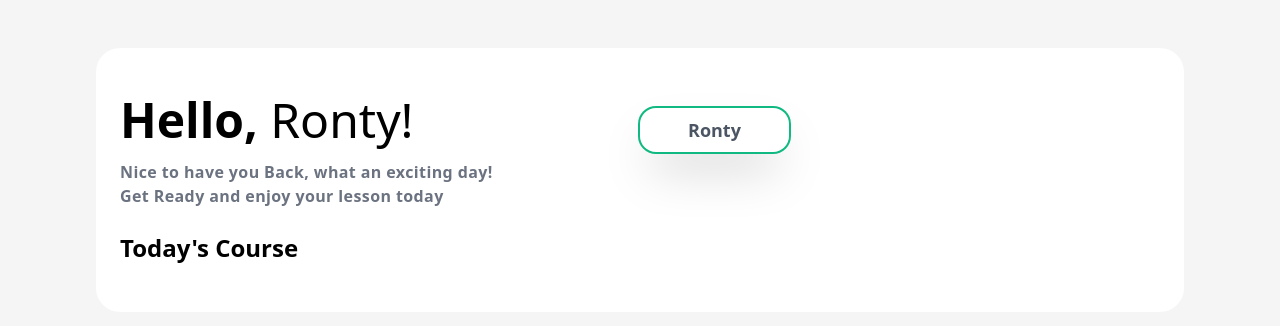
Repository: coolronts/Vite-Tailwind
Page: /
The author's editor kept a copy of each file at every save. The page is drawn from the files as they stood at one save, then again after the next save.
The browser window is 1280 px wide. The pictures show the whole page.
The project was rebuilt for these pictures with package versions that can differ from the ones it lists, and the page was loaded fresh each time. Also part of the build but not shown: vite.config.js, src/components/Card/index.jsx.

Above is the page before, as saved 2021-11-26 07:14:47.

After the next save:
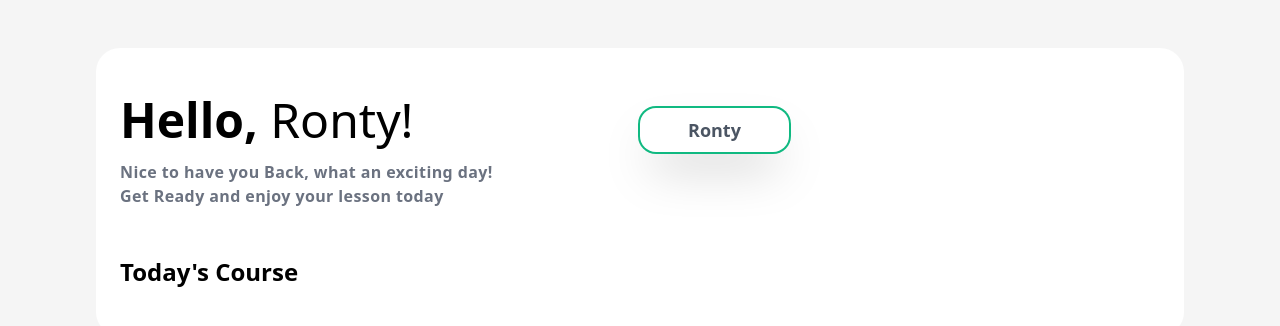
Saved 5 s later.
--- a/src/App.jsx
+++ b/src/App.jsx
@@ -12,7 +12,7 @@ function App() {
     <div className="App bg-white my-12 mx-24 rounded-3xl px-6 py-12">
       <SplitScreen>
         <div id="left">
-          <div className="mb-6">
+          <div className="mb-12">
             <h3 className="text-5xl font-sans font-bold mb-4">Hello, <span className="font-light">Ronty!</span> </h3>
             <h5 className="font-semibold tracking-wide text-gray-500">Nice to have you Back, what an exciting day!</h5>
             <h5 className="font-semibold tracking-wide text-gray-500">Get Ready and enjoy your lesson today</h5>
